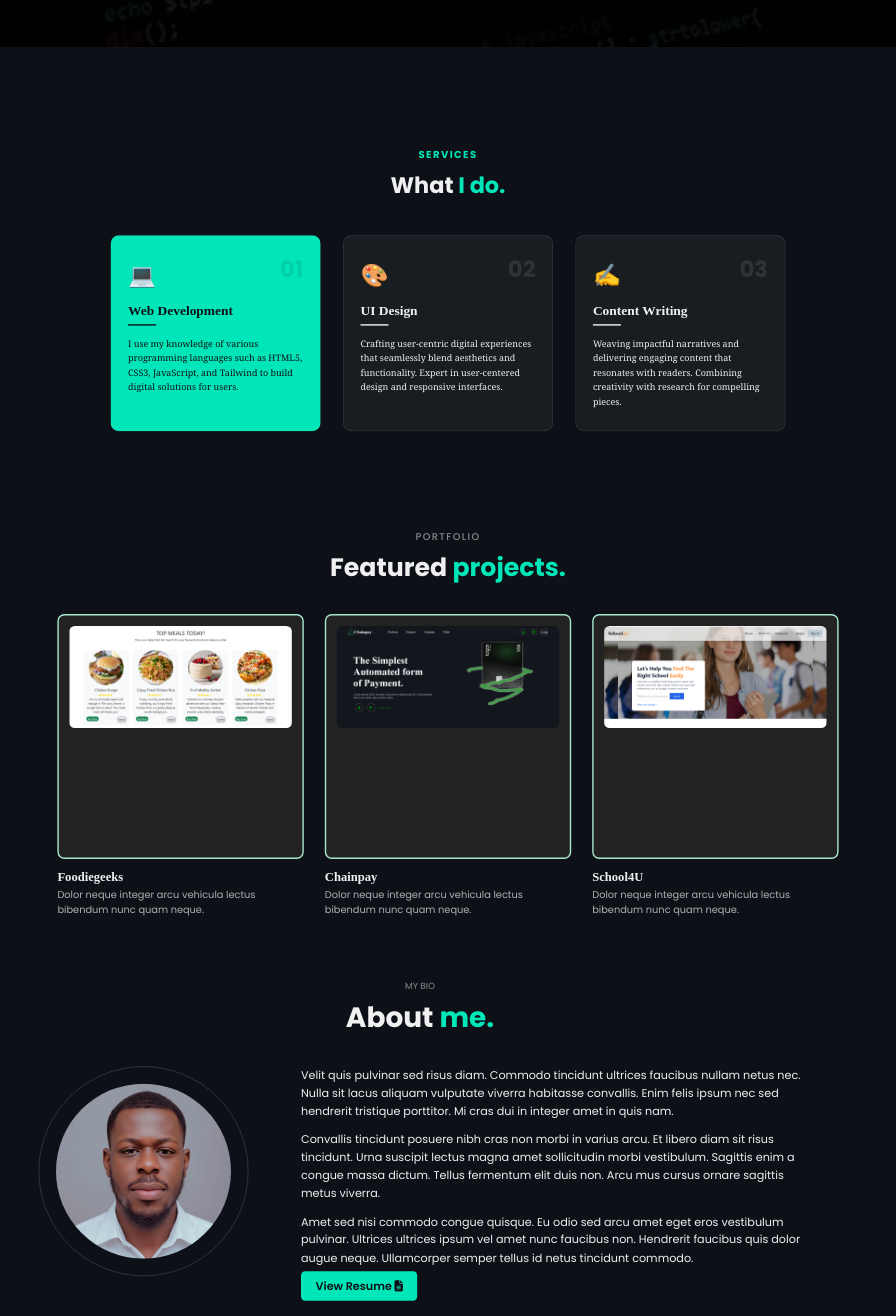
Repository: Austinokezie/Myportfolio
Page: index.html
These files come from the project's save history. The page is drawn as it stood at one moment and after the next save; the edit follows.
The browser window is 1280 px wide. The pictures show the part of the page from y = 653 to 2573 px (the page is 2533 px tall before and 2573 px after), at 70% of full size.
Some web fonts or font styles are not loaded; a fallback is used.

Above is the page before, as saved 2025-10-14 18:07:56.

After the next save:
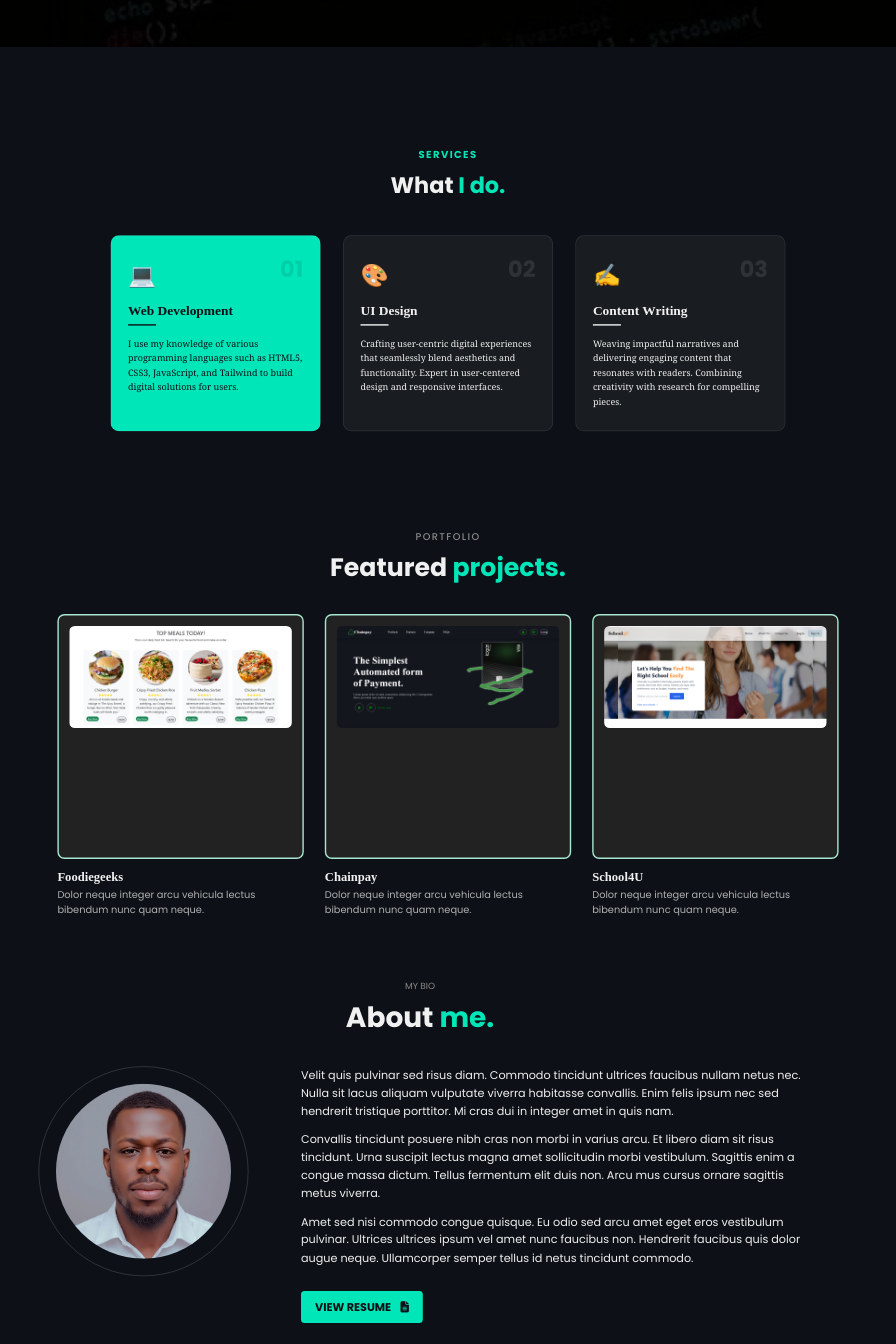
Saved 2 s later.
--- a/index.html
+++ b/index.html
@@ -142,7 +142,7 @@
                     Amet sed nisi commodo congue quisque. Eu odio sed arcu amet eget eros vestibulum pulvinar. Ultrices ultrices ipsum vel amet nunc faucibus non. Hendrerit faucibus quis dolor augue neque. Ullamcorper semper tellus id netus tincidunt commodo.
                 </p>
 
-                <a href="#" class="resume-btn">
+                <a href="#" class="view-resume-btn">
                     View Resume <i class="fas fa-file-alt"></i>
                 </a>
             </div>
